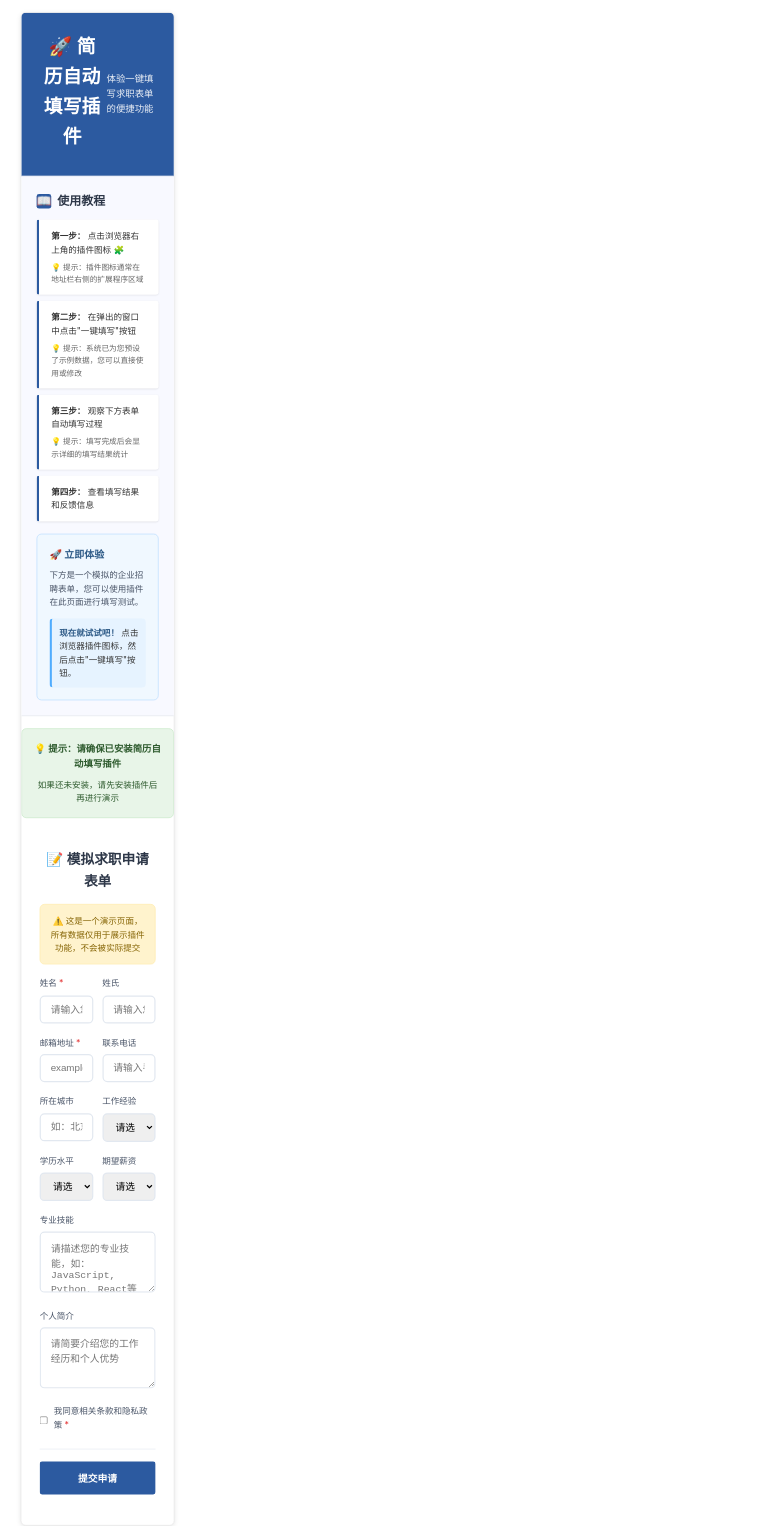
Repository: Zion74/jiancareer-chrome-main-zhn
Page: public/mock-form.html
These files come from the project's save history. The page is drawn as it stood at one moment and after the next save; the edit follows.
The browser window is 1280 px wide. The pictures show the whole page, at 61% of full size.

Above is the page before, as saved 2025-09-09 21:45:39.

### public/mock-form.html
<!DOCTYPE html>
<html lang="zh-CN">
<head>
    <meta charset="UTF-8">
    <meta name="viewport" content="width=device-width, initial-scale=1.0">
    <title>简历自动填写插件 - 教学演示页面</title>
    <link rel="stylesheet" href="styles.css">
    <style>
        body {
            font-family: -apple-system, BlinkMacSystemFont, 'Segoe UI', Roboto, sans-serif;
            line-height: 1.6;
            margin: 0;
            padding: 20px;
            background: #ffffff;
            min-height: 100vh;
        }

        .container {
            max-width: 90%;
            margin: 0 auto;
            background: white;
            border-radius: 8px;
            box-shadow: 0 2px 8px rgba(0,0,0,0.1);
            border: 1px solid #e5e5e5;
            overflow: hidden;
        }

        .header {
            background: #2c5aa0;
            color: white;
            padding: 30px;
            text-align: center;
        }

        .header h1 {
            margin: 0 0 10px 0;
            font-size: 2.2em;
            font-weight: 600;
        }

        .header p {
            margin: 0;
            font-size: 1.1em;
            opacity: 0.9;
        }

        .tutorial-section {
            background: #f8f9ff;
            padding: 25px;
            border-bottom: 1px solid #e1e5e9;
        }

        .tutorial-title {
            color: #2d3748;
            font-size: 1.4em;
            font-weight: 600;
            margin-bottom: 15px;
            display: flex;
            align-items: center;
        }

        .tutorial-icon {
            width: 24px;
            height: 24px;
            margin-right: 10px;
            background: #2c5aa0;
            border-radius: 4px;
            display: flex;
            align-items: center;
            justify-content: center;
            color: white;
            font-weight: bold;
        }

        .tutorial-steps {
            list-style: none;
            padding: 0;
            margin: 0;
        }

        .tutorial-steps li {
            background: white;
            margin: 10px 0;
            padding: 15px 20px;
            border-radius: 4px;
            border-left: 4px solid #2c5aa0;
            box-shadow: 0 1px 3px rgba(0,0,0,0.1);
        }

        .form-section {
            padding: 30px;
        }

        .form-title {
            color: #2d3748;
            font-size: 1.6em;
            font-weight: 600;
            margin-bottom: 20px;
            text-align: center;
        }

        .form-group {
            margin-bottom: 20px;
        }

        .form-row {
            display: flex;
            gap: 15px;
            margin-bottom: 20px;
        }

        .form-row .form-group {
            flex: 1;
            margin-bottom: 0;
        }

        label {
            display: block;
            margin-bottom: 8px;
            font-weight: 500;
            color: #4a5568;
        }

        .required {
            color: #e53e3e;
        }

        input[type="text"],
        input[type="email"],
        input[type="tel"],
        select,
        textarea {
            width: 100%;
            padding: 12px 16px;
            border: 2px solid #e2e8f0;
            border-radius: 8px;
            font-size: 16px;
            transition: all 0.3s ease;
            box-sizing: border-box;
        }

        input:focus,
        select:focus,
        textarea:focus {
            outline: none;
            border-color: #2c5aa0;
            box-shadow: 0 0 0 2px rgba(44, 90, 160, 0.1);
        }

        select {
            cursor: pointer;
        }

        textarea {
            resize: vertical;
            min-height: 100px;
        }

        .checkbox-group {
            display: flex;
            align-items: center;
            margin: 20px 0;
        }

        .checkbox-group input[type="checkbox"] {
            width: auto;
            margin-right: 10px;
        }

        .submit-section {
            text-align: center;
            padding: 20px 0;
            border-top: 1px solid #e2e8f0;
        }

        .btn {
            background: #2c5aa0;
            color: white;
            border: none;
            padding: 15px 40px;
            border-radius: 4px;
            font-size: 16px;
            font-weight: 600;
            cursor: pointer;
            transition: all 0.3s ease;
        }

        .btn:hover {
            background: #1e3d6f;
        }

        .demo-notice {
            background: #fff3cd;
            border: 1px solid #ffeaa7;
            color: #856404;
            padding: 15px;
            border-radius: 8px;
            margin: 20px 0;
            text-align: center;
            font-weight: 500;
        }

        .extension-hint {
            background: #e8f5e8;
            border: 1px solid #c3e6c3;
            color: #2d5a2d;
            padding: 20px;
            border-radius: 8px;
            margin: 20px 0;
            text-align: center;
        }

        .extension-hint strong {
            display: block;
            font-size: 1.1em;
            margin-bottom: 10px;
        }

        @media (max-width: 768px) {
            .form-row {
                flex-direction: column;
                gap: 0;
            }

            .container {
                margin: 10px;
                border-radius: 8px;
            }

            .header {
                padding: 20px;
            }

            .header h1 {
                font-size: 1.8em;
            }
        }
    </style>
</head>
<body>
    <div class="container">
        <div class="header">
            <h1>🚀 简历自动填写插件</h1>
            <p>体验一键填写求职表单的便捷功能</p>
        </div>

        <div class="tutorial-section">
            <div class="tutorial-title">
                <div class="tutorial-icon">📖</div>
                使用教程
            </div>
            <ol class="tutorial-steps">
                <li><strong>第一步：</strong> 点击浏览器右上角的插件图标 🧩
                    <div style="margin-top: 8px; color: #666; font-size: 0.9em;">💡 提示：插件图标通常在地址栏右侧的扩展程序区域</div>
                </li>
                <li><strong>第二步：</strong> 在弹出的窗口中点击"一键填写"按钮
                    <div style="margin-top: 8px; color: #666; font-size: 0.9em;">💡 提示：系统已为您预设了示例数据，您可以直接使用或修改</div>
                </li>
                <li><strong>第三步：</strong> 观察下方表单自动填写过程
                    <div style="margin-top: 8px; color: #666; font-size: 0.9em;">💡 提示：填写完成后会显示详细的填写结果统计</div>
                </li>
                <li><strong>第四步：</strong> 查看填写结果和反馈信息</li>
            </ol>

            <div style="background: #f0f8ff; border: 1px solid #b3d9ff; border-radius: 8px; padding: 20px; margin-top: 20px;">
                <h3 style="margin: 0 0 10px 0; color: #2d5a87;">🚀 立即体验</h3>
                <p style="margin: 0 0 15px 0; color: #4a5568;">下方是一个模拟的企业招聘表单，您可以使用插件在此页面进行填写测试。</p>
                <div style="background: #e6f3ff; padding: 12px; border-radius: 6px; border-left: 4px solid #4facfe;">
                    <strong style="color: #2d5a87;">现在就试试吧！</strong> 点击浏览器插件图标，然后点击"一键填写"按钮。
                </div>
            </div>
        </div>

        <div class="extension-hint">
            <strong>💡 提示：请确保已安装简历自动填写插件</strong>
            如果还未安装，请先安装插件后再进行演示
        </div>

        <div class="form-section">
            <h2 class="form-title">📝 模拟求职申请表单</h2>

            <div class="demo-notice">
                ⚠️ 这是一个演示页面，所有数据仅用于展示插件功能，不会被实际提交
            </div>

            <form id="demo-form" action="#" method="post">
                <div class="form-row">
                    <div class="form-group">
                        <label for="firstName">姓名 <span class="required">*</span></label>
                        <input type="text" id="firstName" name="firstName" placeholder="请输入您的姓名" required>
                    </div>
                    <div class="form-group">
                        <label for="lastName">姓氏</label>
                        <input type="text" id="lastName" name="lastName" placeholder="请输入您的姓氏">
                    </div>
                </div>

                <div class="form-row">
                    <div class="form-group">
                        <label for="email">邮箱地址 <span class="required">*</span></label>
                        <input type="email" id="email" name="email" placeholder="example@email.com" required>
                    </div>
                    <div class="form-group">
                        <label for="phone">联系电话</label>
                        <input type="tel" id="phone" name="phone" placeholder="请输入手机号码">
                    </div>
                </div>

                <div class="form-row">
                    <div class="form-group">
                        <label for="location">所在城市</label>
                        <input type="text" id="location" name="location" placeholder="如：北京市">
                    </div>
                    <div class="form-group">
                        <label for="experience">工作经验</label>
                        <select id="experience" name="experience">
                            <option value="">请选择工作经验</option>
                            <option value="0-1">0-1年</option>
                            <option value="1-3">1-3年</option>
                            <option value="3-5">3-5年</option>
                            <option value="5-10">5-10年</option>
                            <option value="10+">10年以上</option>
                        </select>
                    </div>
                </div>

                <div class="form-row">
                    <div class="form-group">
                        <label for="education">学历水平</label>
                        <select id="education" name="education">
                            <option value="">请选择学历</option>
                            <option value="高中">高中</option>
                            <option value="大专">大专</option>
                            <option value="本科">本科</option>
                            <option value="硕士">硕士</option>
                            <option value="博士">博士</option>
                        </select>
                    </div>
                    <div class="form-group">
                        <label for="salary">期望薪资</label>
                        <select id="salary" name="salary">
                            <option value="">请选择期望薪资</option>
                            <option value="5k-8k">5K-8K</option>
                            <option value="8k-12k">8K-12K</option>
                            <option value="12k-18k">12K-18K</option>
                            <option value="18k-25k">18K-25K</option>
                            <option value="25k+">25K以上</option>
                        </select>
                    </div>
                </div>

                <div class="form-group">
                    <label for="skills">专业技能</label>
                    <textarea id="skills" name="skills" placeholder="请描述您的专业技能，如：JavaScript, Python, React等"></textarea>
                </div>

                <div class="form-group">
                    <label for="introduction">个人简介</label>
                    <textarea id="introduction" name="introduction" placeholder="请简要介绍您的工作经历和个人优势"></textarea>
                </div>

                <div class="checkbox-group">
                    <input type="checkbox" id="agree" name="agree" required>
                    <label for="agree">我同意相关条款和隐私政策 <span class="required">*</span></label>
                </div>

                <div class="submit-section">
                    <button type="submit" class="btn">提交申请</button>
                </div>
            </form>
        </div>
    </div>

    <script>
        // 监听来自插件的消息
        window.addEventListener('message', function(event) {
            if (event.data.type === 'SJ_DETECT_V1') {
                // 响应插件的检测消息
                event.source.postMessage({
                    type: 'SJ_ACK_V1',
                    success: true,
                    message: '页面已准备好进行自动填写演示'
                }, '*');
            }

            if (event.data.source === 'JIANCAREER_EXTENSION') {
                console.log('收到插件消息:', event.data);

                if (event.data.type === 'TUTORIAL_DEMO') {
                    // 处理教程演示消息
                    showTutorialMessage('插件正在演示自动填写功能...', 'info');
                } else if (event.data.type === 'AUTOFILL_COMPLETE') {
                    // 处理填写完成消息
                    const result = event.data.result;
                    let message = '';
                    let type = 'success';

                    if (result.success) {
                        message = `填写完成！成功填写 ${result.filled}/${result.total} 个字段`;
                        if (result.filled === result.total) {
                            message += ' 🎉';
                        }
                    } else {
                        message = `填写失败：${result.error || '未知错误'}`;
                        type = 'error';
                    }

                    showTutorialMessage(message, type);

                    // 如果填写成功，显示额外的成功提示
                    if (result.success && result.filled > 0) {
                        setTimeout(() => {
                            alert(`恭喜！插件已成功帮您填写了表单。\n\n填写详情：\n- 成功填写：${result.filled} 个字段\n- 总字段数：${result.total} 个\n\n您现在可以检查填写的内容，然后提交表单。`);
                        }, 1000);
                    }
                }
            }
        });

        function showTutorialMessage(message, type = 'info') {
            const colors = {
                info: '#2196F3',
                success: '#4CAF50',
                error: '#f44336',
                warning: '#ff9800'
            };

            const messageDiv = document.createElement('div');
            messageDiv.style.cssText = `
                position: fixed;
                top: 20px;
                right: 20px;
                background: ${colors[type] || colors.info};
                color: white;
                padding: 15px 20px;
                border-radius: 8px;
                box-shadow: 0 4px 12px rgba(0,0,0,0.15);
                z-index: 10000;
                font-family: -apple-system, BlinkMacSystemFont, 'Segoe UI', Roboto, sans-serif;
                font-size: 14px;
                max-width: 300px;
                word-wrap: break-word;
                animation: slideIn 0.3s ease-out;
            `;

            // 添加动画样式
            if (!document.getElementById('message-animation-style')) {
                const style = document.createElement('style');
                style.id = 'message-animation-style';
                style.textContent = `
                    @keyframes slideIn {
                        from {
                            transform: translateX(100%);
                            opacity: 0;
                        }
                        to {
                            transform: translateX(0);
                            opacity: 1;
                        }
                    }
                `;
                document.head.appendChild(style);
            }

            messageDiv.textContent = message;
            document.body.appendChild(messageDiv);

            setTimeout(() => {
                if (document.body.contains(messageDiv)) {
                    messageDiv.style.animation = 'slideIn 0.3s ease-out reverse';
                    setTimeout(() => {
                        if (document.body.contains(messageDiv)) {
                            document.body.removeChild(messageDiv);
                        }
                    }, 300);
                }
            }, type === 'error' ? 5000 : 3000);
        }

        // 表单提交处理
        document.getElementById('demo-form').addEventListener('submit', function(e) {
            e.preventDefault();
            alert('🎉 演示完成！\n\n这是一个演示页面，表单数据不会被实际提交。\n\n感谢您体验简历自动填写插件！');
        });

        // 页面加载完成后发送准备就绪消息
        window.addEventListener('load', function() {
            console.log('[Mock Form] 教学演示页面已加载完成');

            // 向插件发送页面准备就绪的消息
            if (window.chrome && window.chrome.runtime) {
                try {
                    window.chrome.runtime.sendMessage({
                        type: 'PAGE_READY',
                        url: window.location.href,
                        title: document.title
                    });
                } catch (error) {
                    console.log('[Mock Form] 插件通信失败，这是正常现象（在非插件环境中）');
                }
            }
        });

        // 添加表单字段变化监听，用于演示
        const formInputs = document.querySelectorAll('input, select, textarea');
        formInputs.forEach(input => {
            input.addEventListener('input', function() {
                // 添加填写动画效果
                this.style.backgroundColor = '#e8f5e8';
                setTimeout(() => {
                    this.style.backgroundColor = '';
                }, 1000);
            });
        });
    </script>
</body>
</html>

Loaded but not shown: public/styles.css (1105 lines, source omitted)

After the next save:
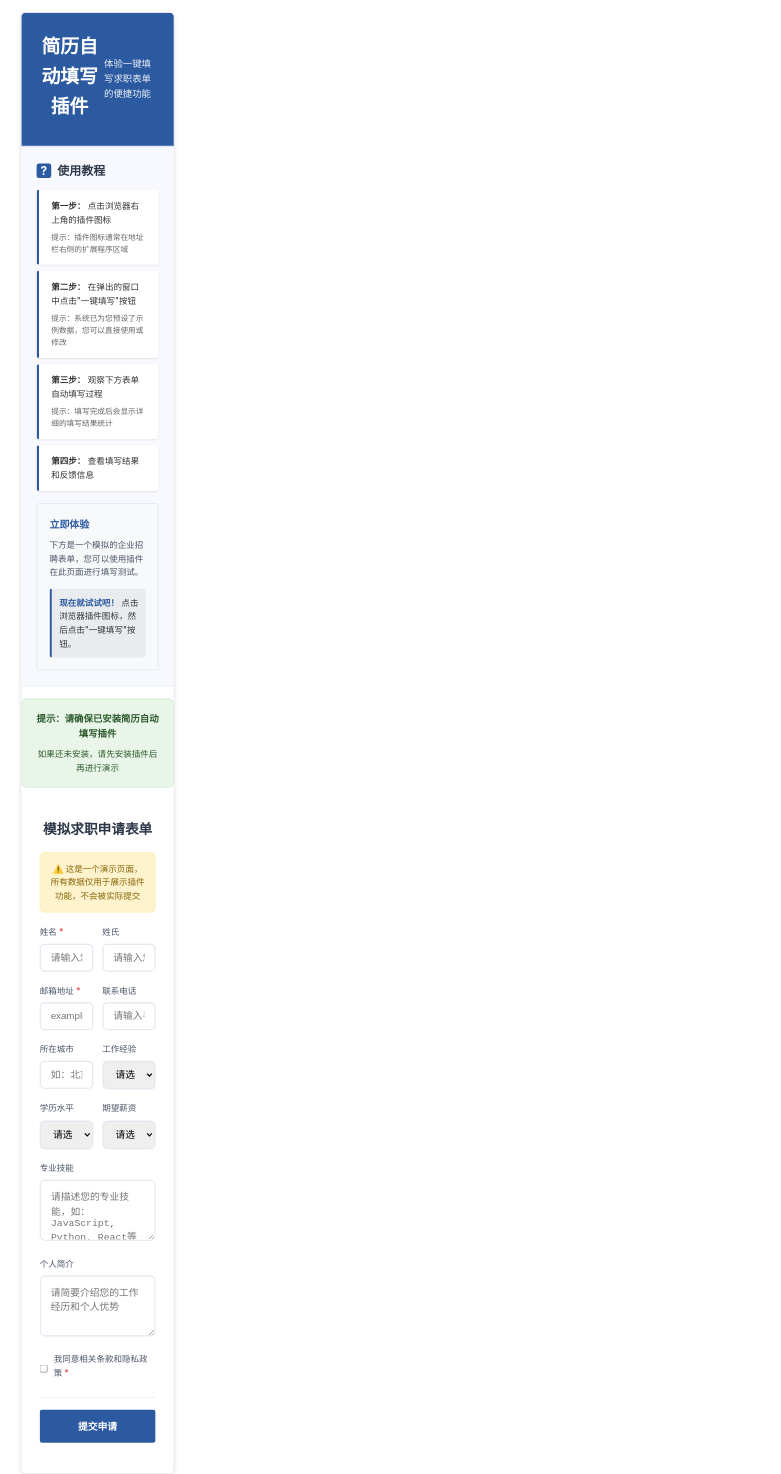
Saved 21 s later.
--- a/public/mock-form.html
+++ b/public/mock-form.html
@@ -240,44 +240,44 @@
 <body>
     <div class="container">
         <div class="header">
-            <h1>🚀 简历自动填写插件</h1>
+            <h1>简历自动填写插件</h1>
             <p>体验一键填写求职表单的便捷功能</p>
         </div>
 
         <div class="tutorial-section">
             <div class="tutorial-title">
-                <div class="tutorial-icon">📖</div>
+                <div class="tutorial-icon">?</div>
                 使用教程
             </div>
             <ol class="tutorial-steps">
-                <li><strong>第一步：</strong> 点击浏览器右上角的插件图标 🧩
-                    <div style="margin-top: 8px; color: #666; font-size: 0.9em;">💡 提示：插件图标通常在地址栏右侧的扩展程序区域</div>
+                <li><strong>第一步：</strong> 点击浏览器右上角的插件图标
+                    <div style="margin-top: 8px; color: #666; font-size: 0.9em;">提示：插件图标通常在地址栏右侧的扩展程序区域</div>
                 </li>
                 <li><strong>第二步：</strong> 在弹出的窗口中点击"一键填写"按钮
-                    <div style="margin-top: 8px; color: #666; font-size: 0.9em;">💡 提示：系统已为您预设了示例数据，您可以直接使用或修改</div>
+                    <div style="margin-top: 8px; color: #666; font-size: 0.9em;">提示：系统已为您预设了示例数据，您可以直接使用或修改</div>
                 </li>
                 <li><strong>第三步：</strong> 观察下方表单自动填写过程
-                    <div style="margin-top: 8px; color: #666; font-size: 0.9em;">💡 提示：填写完成后会显示详细的填写结果统计</div>
+                    <div style="margin-top: 8px; color: #666; font-size: 0.9em;">提示：填写完成后会显示详细的填写结果统计</div>
                 </li>
                 <li><strong>第四步：</strong> 查看填写结果和反馈信息</li>
             </ol>
 
-            <div style="background: #f0f8ff; border: 1px solid #b3d9ff; border-radius: 8px; padding: 20px; margin-top: 20px;">
-                <h3 style="margin: 0 0 10px 0; color: #2d5a87;">🚀 立即体验</h3>
+            <div style="background: #f8f9fa; border: 1px solid #dee2e6; border-radius: 4px; padding: 20px; margin-top: 20px;">
+                <h3 style="margin: 0 0 10px 0; color: #2c5aa0;">立即体验</h3>
                 <p style="margin: 0 0 15px 0; color: #4a5568;">下方是一个模拟的企业招聘表单，您可以使用插件在此页面进行填写测试。</p>
-                <div style="background: #e6f3ff; padding: 12px; border-radius: 6px; border-left: 4px solid #4facfe;">
-                    <strong style="color: #2d5a87;">现在就试试吧！</strong> 点击浏览器插件图标，然后点击"一键填写"按钮。
+                <div style="background: #e9ecef; padding: 12px; border-radius: 4px; border-left: 4px solid #2c5aa0;">
+                    <strong style="color: #2c5aa0;">现在就试试吧！</strong> 点击浏览器插件图标，然后点击"一键填写"按钮。
                 </div>
             </div>
         </div>
 
         <div class="extension-hint">
-            <strong>💡 提示：请确保已安装简历自动填写插件</strong>
+            <strong>提示：请确保已安装简历自动填写插件</strong>
             如果还未安装，请先安装插件后再进行演示
         </div>
 
         <div class="form-section">
-            <h2 class="form-title">📝 模拟求职申请表单</h2>
+            <h2 class="form-title">模拟求职申请表单</h2>
 
             <div class="demo-notice">
                 ⚠️ 这是一个演示页面，所有数据仅用于展示插件功能，不会被实际提交
